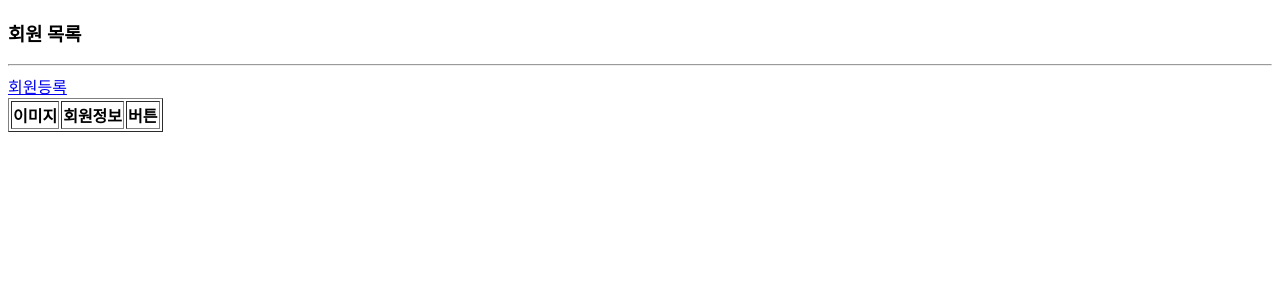
Repository: LeeKukJu/JSP-Study
Page: http://localhost/JSPBook/ch07/totaltest/total_memberList.jsp
The author's editor kept a copy of each file at every save. The page is drawn from the files as they stood at one save, then again after the next save.
The browser window is 1280 px wide. The pictures show the whole page.
The page is served by Tomcat 9.

Above is the page before, as saved 2023-01-30 10:43:28.

After the next save:
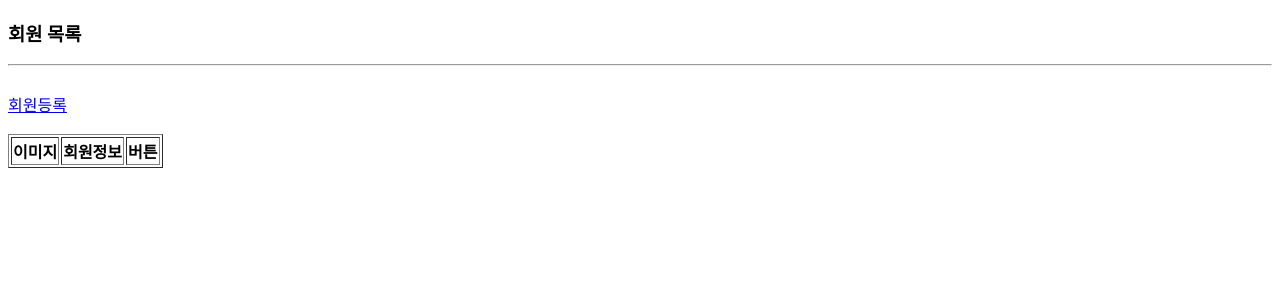
Saved 114 s later.
--- a/JSPBook/WebContent/ch07/totaltest/total_memberList.jsp
+++ b/JSPBook/WebContent/ch07/totaltest/total_memberList.jsp
@@ -37,7 +37,7 @@
  %>
  	<h3>회원 목록</h3>
  	<hr>
- 	<a href="#">회원등록</a><br>
+ 	<br><a href="#">회원등록</a><br><br>
 
  	<table border="1">
  		<thead>
